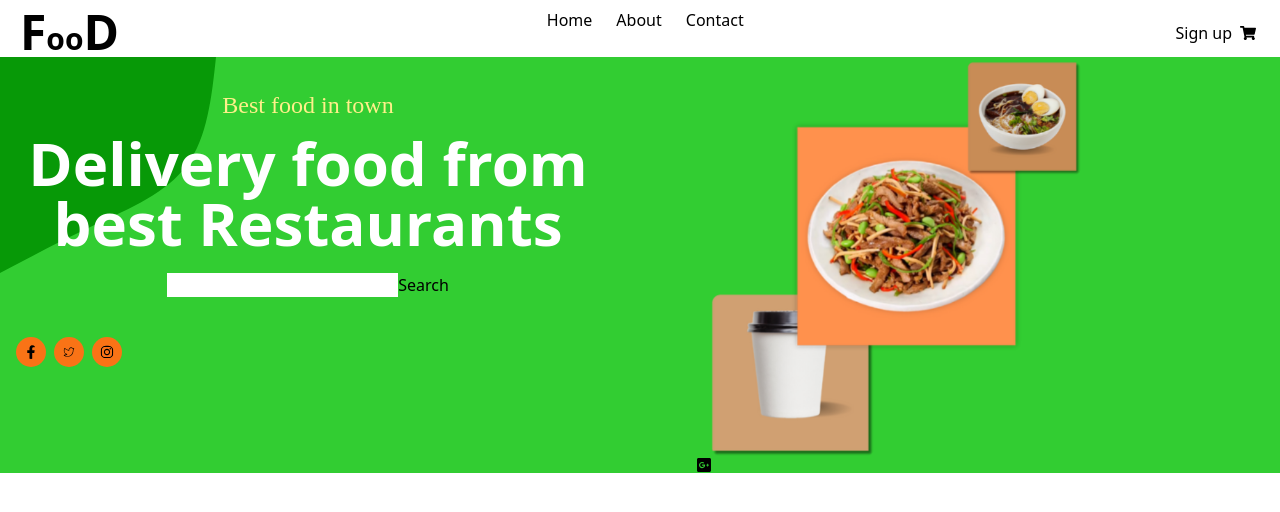
Repository: KhushiCode14/FoodWeb
Page: /
These files come from the project's save history. The page is drawn as it stood at one moment and after the next save; the edit follows.
The browser window is 1280 px wide. The pictures show the whole page.
The project was rebuilt for these pictures with package versions that can differ from the ones it lists, and the page was loaded fresh each time. Also part of the build but not shown: src/components/Home/SignUp.tsx, src/components/Home/SignIn.tsx.

Above is the page before, as saved 2024-09-19 20:17:48.

### src/index.css
@tailwind base;
@tailwind components;
@tailwind utilities;

.bgBack{
  background-image: url(../src/components/images/background.svg);
}

### src/App.tsx
import { Route, BrowserRouter as Router, Routes ,  } from 'react-router-dom';
import './App.css';
import Navbar from './Pages/Navbar';
import Home from './Pages/Home';
import SignUp from './components/Home/SignUp';
import SignIn from './components/Home/SignIn';

function App() {
  return (
    <div className="App">
      <Router>
        <Navbar/>
      <Routes>
        <Route  path="/" element={<Home/>} />
        <Route  path="/signUp" element={<SignUp/>} />
        <Route  path="/signIn" element={<SignIn/>} />
        {/* <Route  path="/about" element={About} />
        <Route  path="/contact" element={Contact} /> */}
        </Routes>
      </Router>

    </div>
  );
}

export default App;

### src/Pages/Navbar.tsx
import { NavLink } from "react-router-dom"
import { Link } from "react-router-dom"
import { FaShoppingCart } from "react-icons/fa";
import { FaCartPlus } from "react-icons/fa";
import { useState } from "react";
interface nav {
  to: string,
  linkName: string

}
const Navbar: React.FC = () => {
  const [sign, setSign] = useState<string>('Sign up');
  const [cart, setCart] = useState<JSX.Element>(<FaShoppingCart />);
  const navLink: nav[] = [
    { to: "/", linkName: "Home" },
    { to: "/about", linkName: "About" },
    { to: "/contact", linkName: "Contact" },
    // Add more links as needed
  ]
  const handleSign = () => {
    setSign(sign === 'Sign up'? 'Sign in' : 'Sign up');
  }
  const handleCart = () => {
    setCart(prevCart =>
      prevCart.type === FaShoppingCart ? <FaCartPlus /> : <FaShoppingCart />
    );
  };

  return (
    <div className="mx-5  mt-2 flex justify-between">
      <div className="font-bold text-3xl"><h1><span className=" text-5xl">F</span>oo<span className=" text-5xl">D</span></h1></div>
      <div>
        {
          navLink.map((link, index) => (
            <Link key={index} to={link.to} className="mx-3 hover:text-gray-800">
              {link.linkName}
            </Link>
          ))
        }
      </div>
      <div className="flex justify-center items-center">
        <button><NavLink to="/signUp" onClick={handleSign} className="m-1">{sign}</NavLink></button>

        <div onClick={handleCart}className="m-1" >
          {cart}
        </div>



      </div>
    </div>
  )
}

export default Navbar

### src/Pages/Home.tsx

import { FaFacebookF, FaGooglePlusSquare, FaInstagram, } from "react-icons/fa"
import { CiTwitter } from "react-icons/ci";
import food from "../components/images/food.png"
import { Link } from "react-router-dom";
const Home: React.FC = () => {
  return (

    <div className=" flex  gap-20 bgBack justify-center ">

      <div className="w-1/2 justify-center items-center m-4 mt-8 ">
        <h3 className="font-cursive text-2xl mb-3 text-yellow-200">Best food in town</h3>
        <h1 className="text-6xl mb-5 text-white font-bold">Delivery food from best Restaurants</h1>
        <div className="justify-between">
         <div className="mb-10">
         <input type="text"></input>
         <button>Search</button>
         </div>
          <div className="flex gap-2  ">
            <Link to="/about"><FaFacebookF  size={30}className="bg-orange-500  text-black rounded-full font-extrabold  p-2"/>
            </Link>
            <Link to=""> < CiTwitter  size={30}className="bg-orange-500  p-2 rounded-full" />
            </Link>
            <Link to="">  <FaInstagram  size={30}className="bg-orange-500  p-2 rounded-full" />
            </Link>

          </div>
        </div>
      </div>
      <div className="w-1/2 items-center justify-center" >
        <img src={food} alt="logo" width={400} />
        <FaGooglePlusSquare />
      </div>
    </div>
  )
}

export default Home

### tailwind.config.js
/** @type {import('tailwindcss').Config} */
module.exports = {
  content: [
    "./src/**/*.{js,jsx,ts,tsx}",
  ],
  theme: {
    extend: {
      fontFamily: {
        'cursive': ['Pacifico', 'cursive']
      }
    },
  },
  plugins: [],
}

Loaded but not shown: public/index.html (common file); src/index.tsx (common file); src/reportWebVitals.ts (common file); src/App.css (common file)

After the next save:
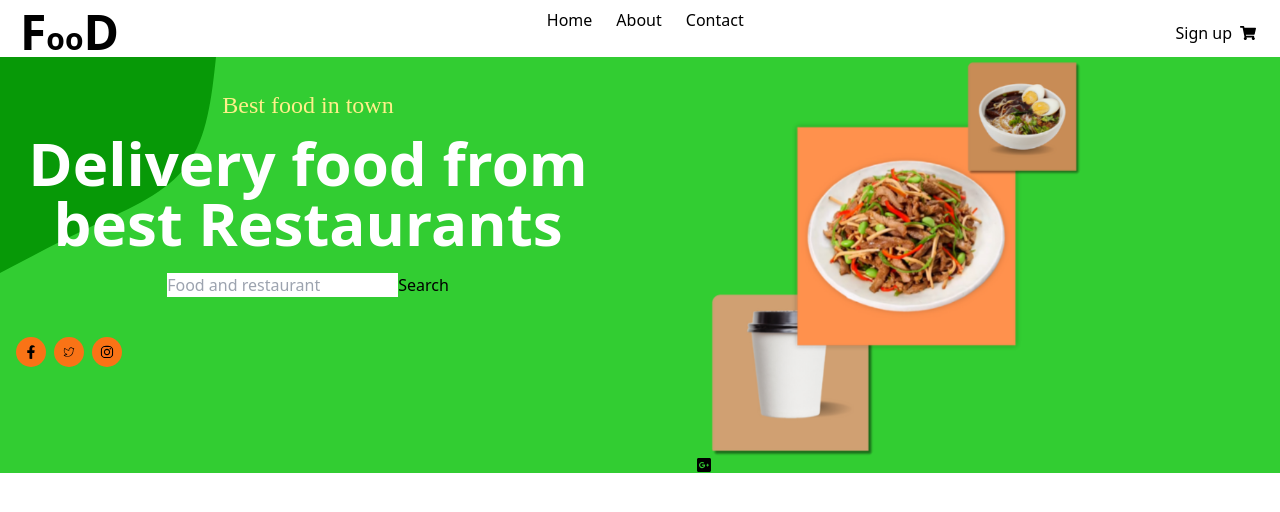
Saved 38 s later.
--- a/src/Pages/Home.tsx
+++ b/src/Pages/Home.tsx
@@ -13,8 +13,8 @@ const Home: React.FC = () => {
         <h1 className="text-6xl mb-5 text-white font-bold">Delivery food from best Restaurants</h1>
         <div className="justify-between">
          <div className="mb-10">
-         <input type="text"></input>
-         <button>Search</button>
+         <input type="text" placeholder="Food and restaurant "></input>
+         <button >Search</button>
          </div>
           <div className="flex gap-2  ">
             <Link to="/about"><FaFacebookF  size={30}className="bg-orange-500  text-black rounded-full font-extrabold  p-2"/>
